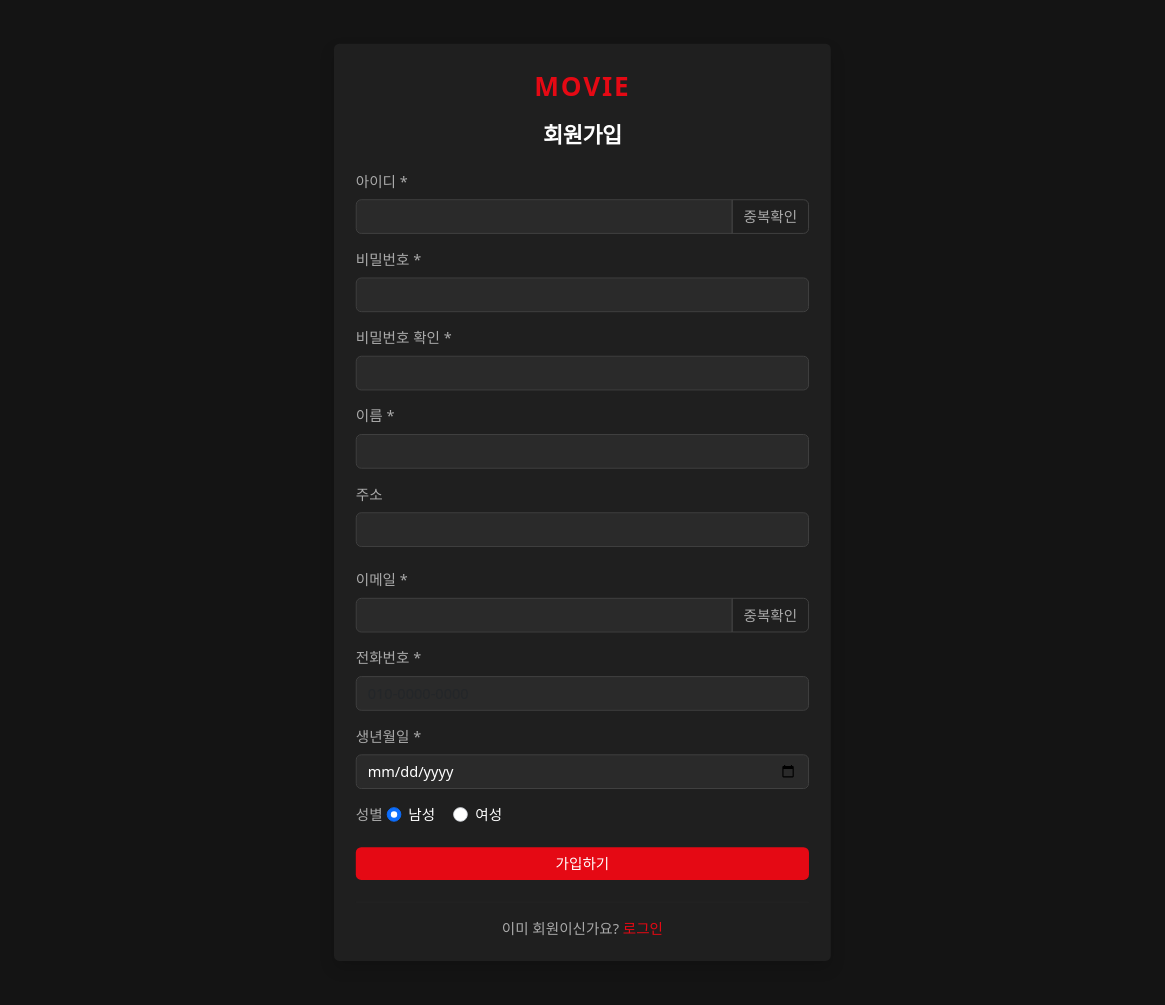
Repository: Se-Jong-Park/InsideReview
Page: http://localhost/moviejoin/WEB-INF/views/user/form.jsp
These files come from the project's save history. The page is drawn as it stood at one moment and after the next save; the edit follows.
The browser window is 1280 px wide. The pictures show the whole page, at 91% of full size.
The page is served by Tomcat 9. Nobody is signed in. Other server files are loaded and not shown. The template is opened directly, without the code that normally fills it, so the values that code supplies are empty.

Above is the page before, as saved 2026-03-19 02:07:31.

### moviejoin/src/main/webapp/WEB-INF/views/user/form.jsp
<%@ page language="java" contentType="text/html; charset=UTF-8" pageEncoding="UTF-8"%>
<%@ taglib prefix="c" uri="http://java.sun.com/jsp/jstl/core" %>
<!DOCTYPE html>
<html>
<head>
<!-- jquery cnd -->
 <script src="https://code.jquery.com/jquery-2.2.4.min.js" integrity="sha256-BbhdlvQf/xTY9gja0Dq3HiwQF8LaCRTXxZKRutelT44=" crossorigin="anonymous"></script>
<script src="//t1.daumcdn.net/mapjsapi/bundle/postcode/prod/postcode.v2.js"></script>
<meta charset="UTF-8">
<title>회원가입</title>
<link rel="stylesheet" href="https://cdn.jsdelivr.net/npm/bootstrap@5.3.0/dist/css/bootstrap.min.css">
<style>
    body {background-color:#141414; color: white; }
    .card {background-color: #1f1f1f; border: none;}
    .form-label{color: #aaa;}
    .form-check-label{color: white;}
    .form-control{
        background-color: #2a2a2a;
        border: 1px solid #444;
        color: white;
    }
    .form-control:focus {
        background-color: #2a2a2a;
        border-color: #E50914;
        color: white;
        box-shadow: none;
    }
    .form-label{color: #aaa;}
    .btn-netflix{
        background-color: #E50914;
        color: white;
        border: none;
    }
    .btn-netflix:hover{background-color: #b20710; color: white;} /* 오타 수정: backround -> background */
    .btn-outline-gray{
        background-color: transparent;
        border: 1px solid #444;
        color: #aaa;
    }
    .btn-outline-gray:hover{background-color: #2a2a2a; color: white;} /* 오타 수정: btn. -> .btn- */
    .logo{color: #E50914; font-size: 1.8rem; font-weight: bold; letter-spacing: 2px;}
    a{color: #E50914; text-decoration: none;}
    a:hover {color: #b20710;}
    small{color:#888;}
     	h4.text-center{
 		color: #ffffff !important;
 		font-weight: 700;
 		margin-top: 3px;
 		margin-bottom: 30px;
 		letter-spacing: -0.5px;
 	}
</style>
</head>
<body>

<div class="container py-5">
    <div class="row justify-content-center">
        <div class="col-md-6">
            <div class="card shadow p-4"> <div class="text-center mb-3">
                    <span class="logo">MOVIE</span>
                </div>
                <h4 class="text-center mb-4">회원가입</h4>

                <c:if test="${not empty msg}">
                    <div class="alert alert-danger">${msg}</div>
                </c:if>

                <form action="${pageContext.request.contextPath}/user/join" method="post"> <div class="mb-3">
                    <label class="form-label">아이디 *</label>
                    <div class="input-group">
                        <input type="text" name="uid" id="uid" class="form-control" maxlength="15" required>
                        <button type="button" class="btn btn-outline-gray" onclick="IdCheck()">중복확인</button>
                    </div>
                    <small id="idMsg"></small>
                </div>

                <div class="mb-3">
                    <label class="form-label">비밀번호 *</label>
                    <input type="password" name="upw" id="upw" class="form-control" required>
                </div>

                <div class="mb-3">
                    <label class="form-label">비밀번호 확인 *</label>
                    <input type="password" id="upwConfirm" class="form-control" required>
                </div>

                <div class="mb-3">
                    <label class="form-label">이름 *</label>
                    <input type="text" name="uname" class="form-control" maxlength="15" required>
                </div>
                <div class="mb-4">
                    <label class="form-label">주소</label>
                    <input type="text" name="uaddr" id="uaddr" class="form-control" onclick="searchAddr()" readonly> </div>
                <div class="mb-3">
                    <label class="form-label">이메일 *</label>
                    <div class="input-group">
                        <input type="email" name="umail" id="umail" class="form-control" maxlength="50" required>
                        <button type="button" class="btn btn-outline-gray" onclick="mailCheck()">중복확인</button> </div>
                    <small id="mailMsg"></small>
                </div>

                <div class="mb-3">
                    <label class="form-label">전화번호 *</label>
                    <input type="text" name="uphone" class="form-control" maxlength="13" placeholder="010-0000-0000" required>
                </div>
                <div class="mb-3">
                    <label class="form-label">생년월일 *</label>
                    <input type="date" name="ubirth" class="form-control" required>
                </div>
                <div class="mb-3">
                    <label class="form-label">성별</label>
                    <div class="form-check form-check-inline">
                        <input type="radio" name="ugender" value="M" class="form-check-input" id="male" checked>
                        <label class="form-check-label" for="male">남성</label>
                    </div>
                    <div class="form-check form-check-inline">
                        <input type="radio" name="ugender" value="F" class="form-check-input" id="female">
                        <label class="form-check-label" for="female">여성</label>
                    </div>
                </div>

                <div class="d-grid">
                    <button type="submit" class="btn btn-netflix" onclick="return validateForm()">가입하기</button>
                </div>
                </form>
                <hr style="border-color: #333;" class="mt-4">
                <p class="text-center mb-0" style="color: #aaa;">
                	이미 회원이신가요? <a href="/user/logForm">로그인</a>
                </p>
			</div>
        </div>
    </div>
</div>

<script>
function IdCheck() {
	var uid = document.getElementById('uid').value.trim();
	if(!uid){alert('아이디를 입력하세요.'); return;}
	fetch('/user/IdCheck?uid=' + encodeURIComponent(uid))
		.then(function(r) {return r.text();})
		.then(function(data) {
			var el = document.getElementById('idMsg');
			if(data === 'available'){
				el.style.color = '#5cb85c';
				el.innerText = '사용 가능한 아이디입니다.';
			}else{
				el.style.color = '#E50914';
				el.innerText = '이미 사용 중인 아이디입니다.';
			}
		});

}
function mailCheck() {
	var umail = document.getElementById('umail').value.trim();
	if(!umail) {alert('이메일을 입력하세요.'); return;}
	fetch('/user/mailCheck?umail=' + encodeURIComponent(umail))
		.then(function(r) {return r.text();})
		.then(function (data) {
			var el = document.getElementById('mailMsg');
			if(data === 'available'){
				el.style.color = '#5cb85c';
				el.innerText = '사용 가능한 이메일입니다.';
			}else{
				el.style.color = '#E50914';
				el.innerText = '이미 등록된 이메일입니다.';
			}
		});
}

function validateForm() {
	var upw = document.getElementById('upw').value;
	var confirm = document.getElementById('upwConfirm').value;
	if(upw !== confirm){
		alert('비밀번호가 일치하지 않습니다.');
		return false;
	}
	return true;
}
function searchAddr() {
	new daum.Postcode({
		oncomplete : function(data) {
			var addr = data.roadAddress;
			document.getElementById("uaddr").value = addr;
		}
	}).open();
}
</script>

</body>
</html>

After the next save:
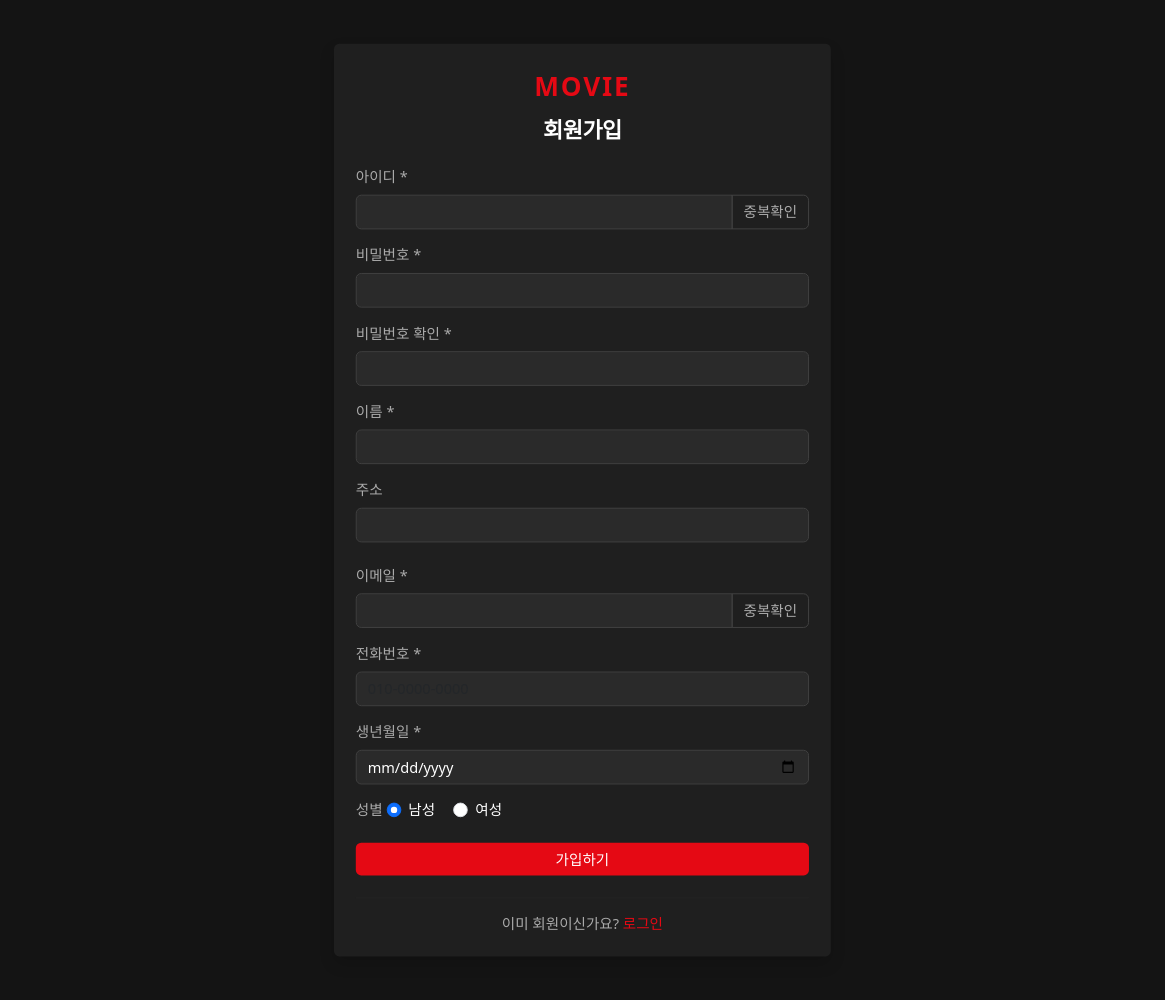
Saved 8 s later.
--- a/moviejoin/src/main/webapp/WEB-INF/views/user/form.jsp
+++ b/moviejoin/src/main/webapp/WEB-INF/views/user/form.jsp
@@ -45,7 +45,7 @@
      	h4.text-center{
  		color: #ffffff !important;
  		font-weight: 700;
- 		margin-top: 3px;
+ 		margin-top: -2px;
  		margin-bottom: 30px;
  		letter-spacing: -0.5px;
  	}
